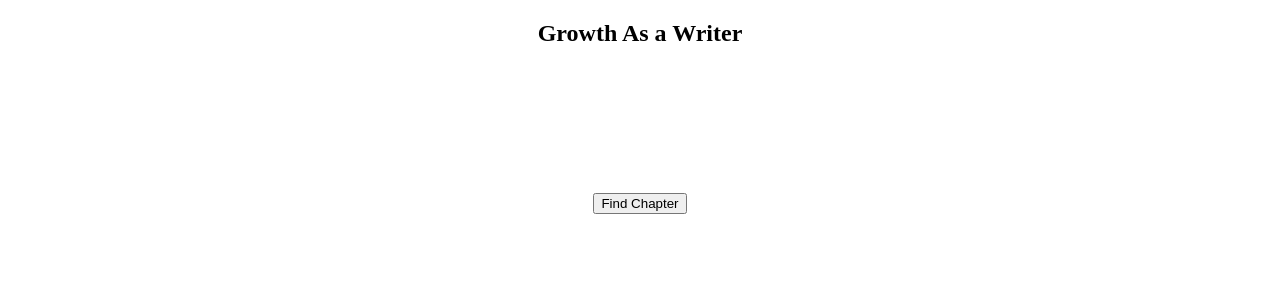
Repository: jpaisiem/WP-4
Page: index.html
These files come from the project's save history. The page is drawn as it stood at one moment and after a run of saves; the edit follows.
The browser window is 1280 px wide. The pictures show the whole page.

Above is the page before, as saved 2025-04-29 11:45:06.

After the next 2 saves:
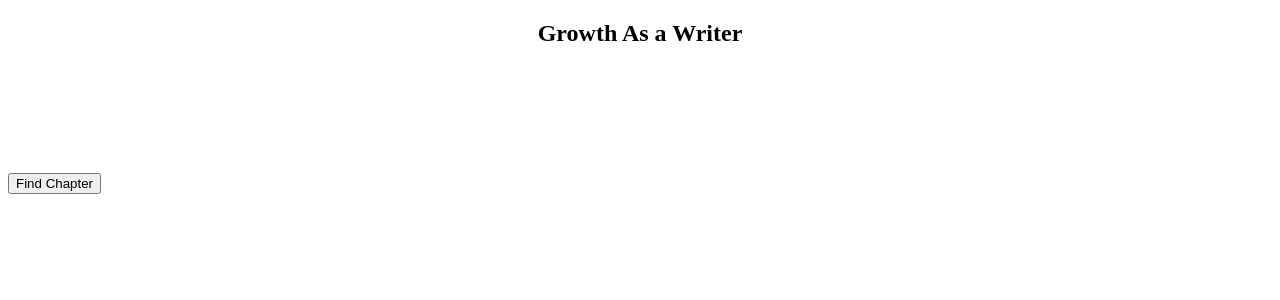
The 2 saves are shown as one change because they came seconds apart.
The last was saved 71 s later.
--- a/index.html
+++ b/index.html
@@ -66,7 +66,7 @@
 
 <h2>Growth As a Writer</h2>
 
-<div class="popup" onclick="myFunction()" style="margin-top: 10%; text-align: left;"><button>Find Chapter</button>
+<div class="popup" onclick="myFunction()" style="margin-top: 10%; text-align: left; display: flex;"><button>Find Chapter</button>
   <span class="popuptext" id="myPopup"> <table>
     <tr>
       <td><a href="#">Chapter 1</a></td>
